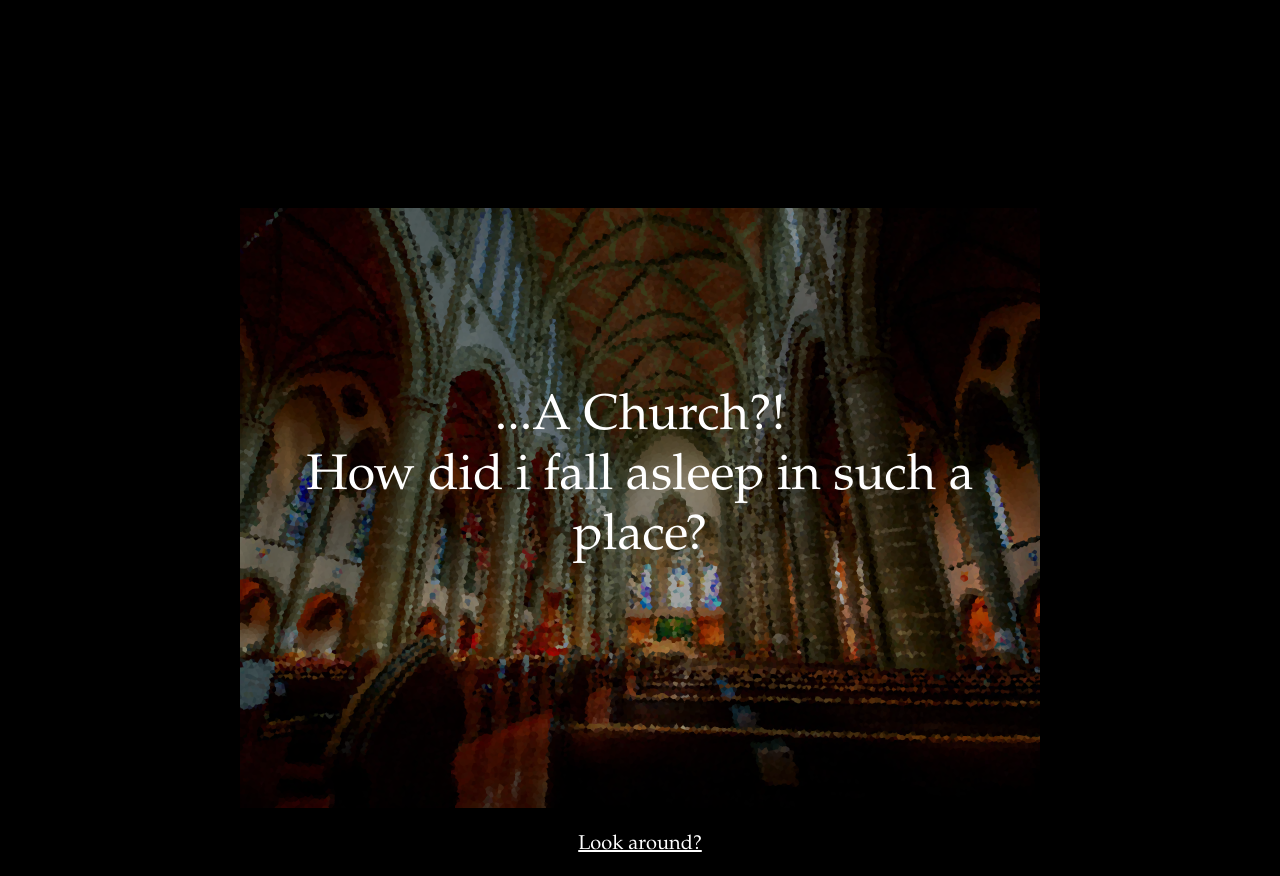
Repository: yiy225/yiy225.github.io
Page: final/page3.html
The author's editor kept a record of every edit. The page is drawn from the files as they stood at one moment, then again after the next edit.
The browser window is 1280 px wide. The pictures show the whole page.

Above is the page before.

### final/page3.html
<!DOCTYPE html>
<html>
   <head>
        <title>The Dance of Death</title>
        <link href="styles 3.css" rel="stylesheet">
    </head>
    <body>
     <div class= div1></div>

     <div class= div2>
         <br>
         <br>
         <br>
         ...A Church?!
         <br>
         How did i fall asleep in such a place?</div>

     <a href="page4">Look around?</a>

    </body>
</html>

### final/styles 3.css
body {
    background-color: black;
    font-size: 50px;
    font-family: Garamond, serif;
    text-align: center;
    color: white;
}


.div1 {
    margin: 0px auto;
    width: 200px;
    height: 200px ;
    text-align: center;
    margin-left: auto;
    margin-right: auto;

}

.div2 {
    background-image: url(church1.png);
    height: 600px;
    width: 800px;
    z-index: 100;
    margin-left: auto;
    margin-right: auto;

}

.c1{
    position: relative;
    margin-left:auto;
    margin-right:auto;
}

a:link {
    color: white;
    font-size: 20px;
}

a:hover {
    color: white;
    font-size: 20px;
}

a:active {
	color: white;
	font-size: 20px;
}

a:visited {
	color: white;
	font-size: 20px;
}

After the next edit:
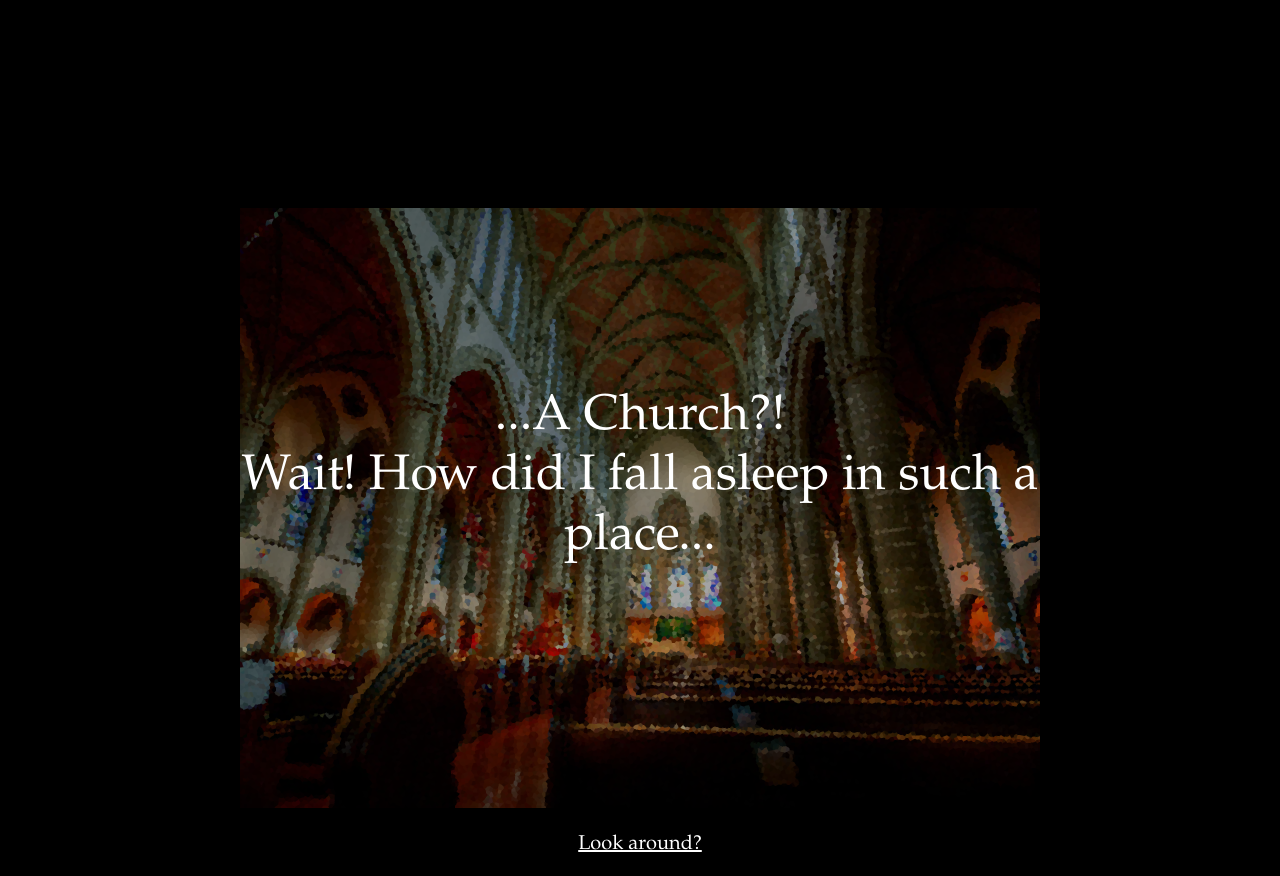
The edit:
--- a/final/page3.html
+++ b/final/page3.html
@@ -13,7 +13,7 @@
          <br>
          ...A Church?!
          <br>
-         How did i fall asleep in such a place?</div>
+         Wait! How did I fall asleep in such a place...</div>
 
      <a href="page4">Look around?</a>
 
